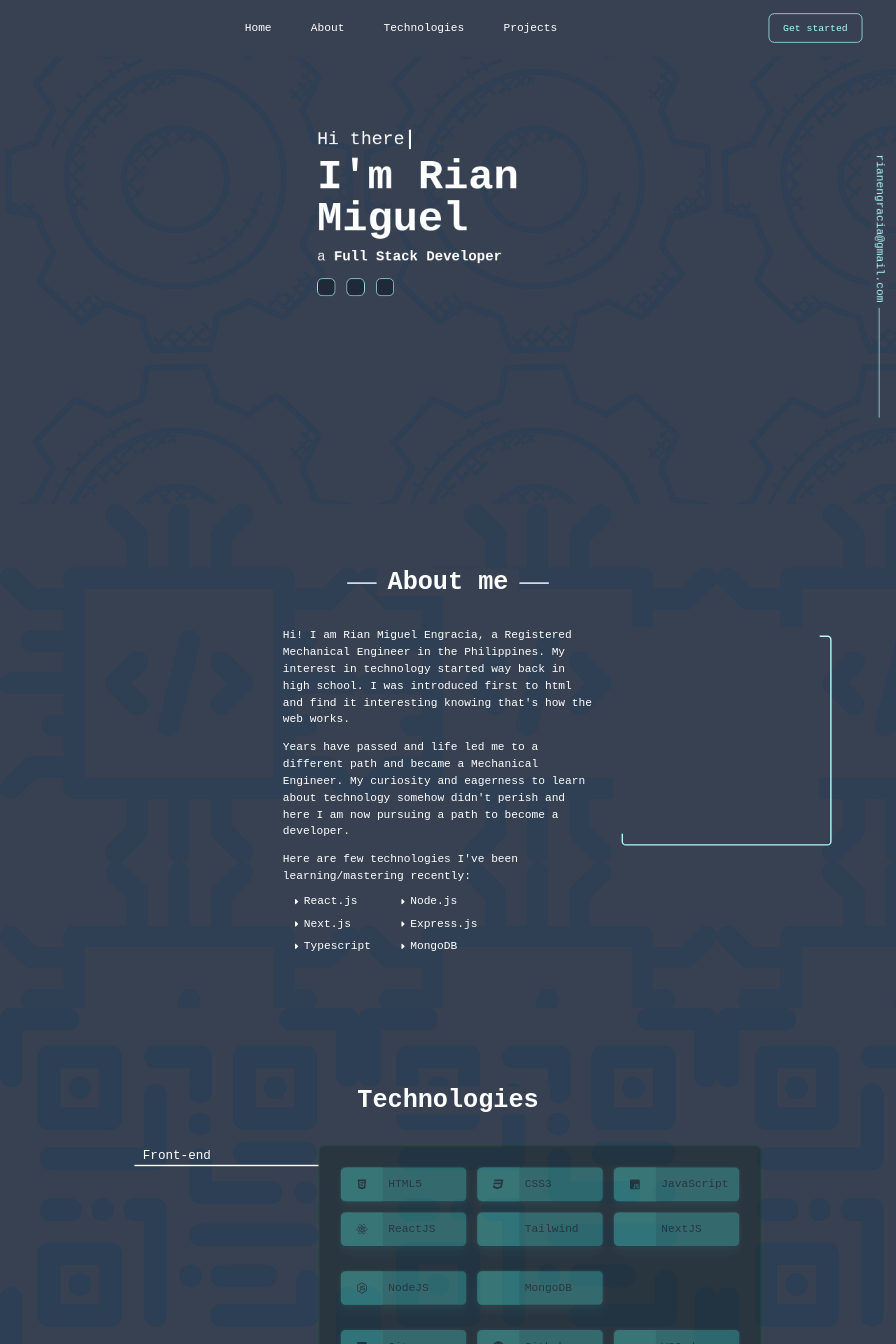
Repository: riandev25/nextjs-portfolio
Page: /
An editor plug-in stored every save of this project. The page is shown before and after the next save, followed by the edit.
The browser window is 1280 px wide. The pictures show the part of the page from y = 0 to 1920 px (the page is 2880 px tall), at 70% of full size.
Backgrounds fixed to the window are drawn as part of the page. The project was rebuilt for these pictures with package versions that can differ from the ones it lists, and the page was loaded fresh each time. The framework's server and built-in components were replaced by stand-ins that run in the browser. Also part of the build but not shown: next.config.js, components/Home/Keyboard/index.module.css, components/Home/Keyboard/index.jsx.

Above is the page before, as saved 2022-11-13 10:49:17.

After the next save:
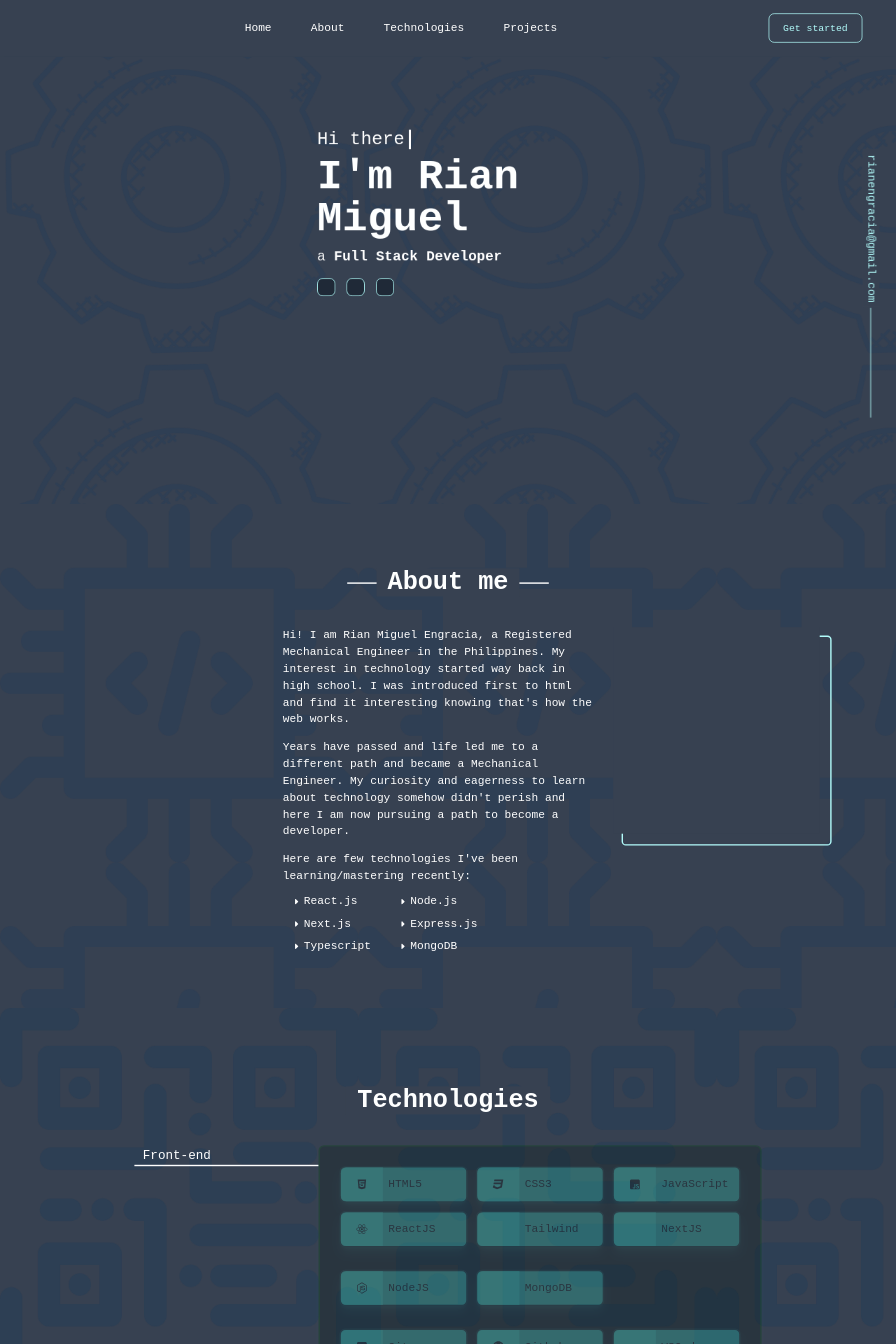
Saved 12 s later.
--- a/components/Header/Email.jsx
+++ b/components/Header/Email.jsx
@@ -4,7 +4,7 @@ import { images } from '../Home/Home';
 
 const Email = () => {
   return (
-    <aside className='fixed bottom-64 right-3 origin-top-right rotate-90'>
+    <aside className='fixed bottom-64 right-6 origin-top-right rotate-90'>
       <div className='flex justify-center items-center relative'>
         <Link href='' legacyBehavior>
           <a className='z-50 transition-all text-[#b2fcfb] bg-gray-700 px-2 hover:text-[#68fffc] hover:scale-110'>
